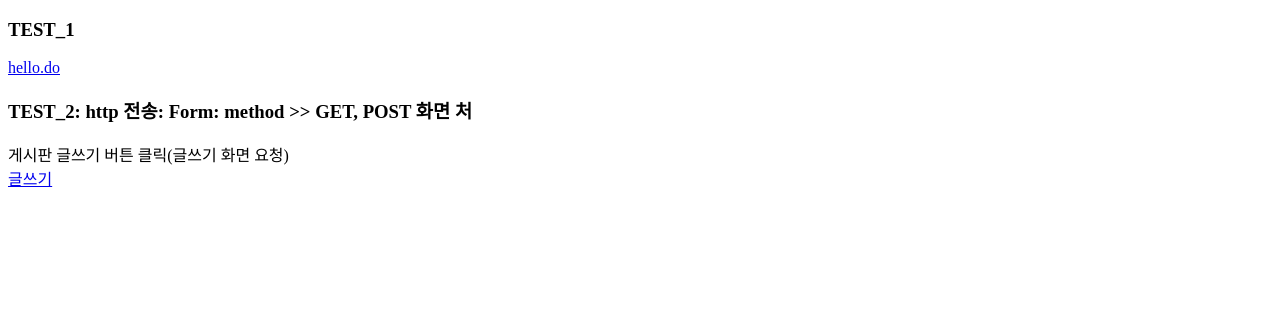
Repository: Ahn-Seung-ju/SpringLab
Page: SpringMVC_Basic03_Annotation/src/main/webapp/main.html
An editor plug-in stored every save of this project. The page is shown before and after the next save, followed by the edit.
The browser window is 1280 px wide. The pictures show the whole page.

Above is the page before, as saved 2021-05-06 02:19:13.

After the next save:
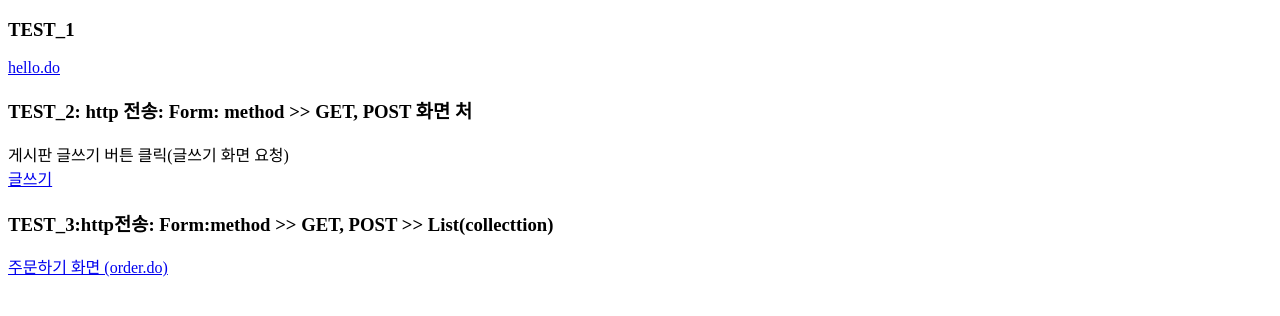
Saved 6 min 54 s later.
--- a/SpringMVC_Basic03_Annotation/src/main/webapp/main.html
+++ b/SpringMVC_Basic03_Annotation/src/main/webapp/main.html
@@ -12,5 +12,7 @@
 	게시판 글쓰기 버튼 클릭(글쓰기 화면 요청)<br>
 	<a href = "article/newArticle.do">글쓰기</a>
 
+	<h3>TEST_3:http전송: Form:method >> GET, POST >> List(collecttion)</h3>
+	<a href = "oder/oder.do">주문하기 화면 (order.do)</a>
 </body>
 </html>
